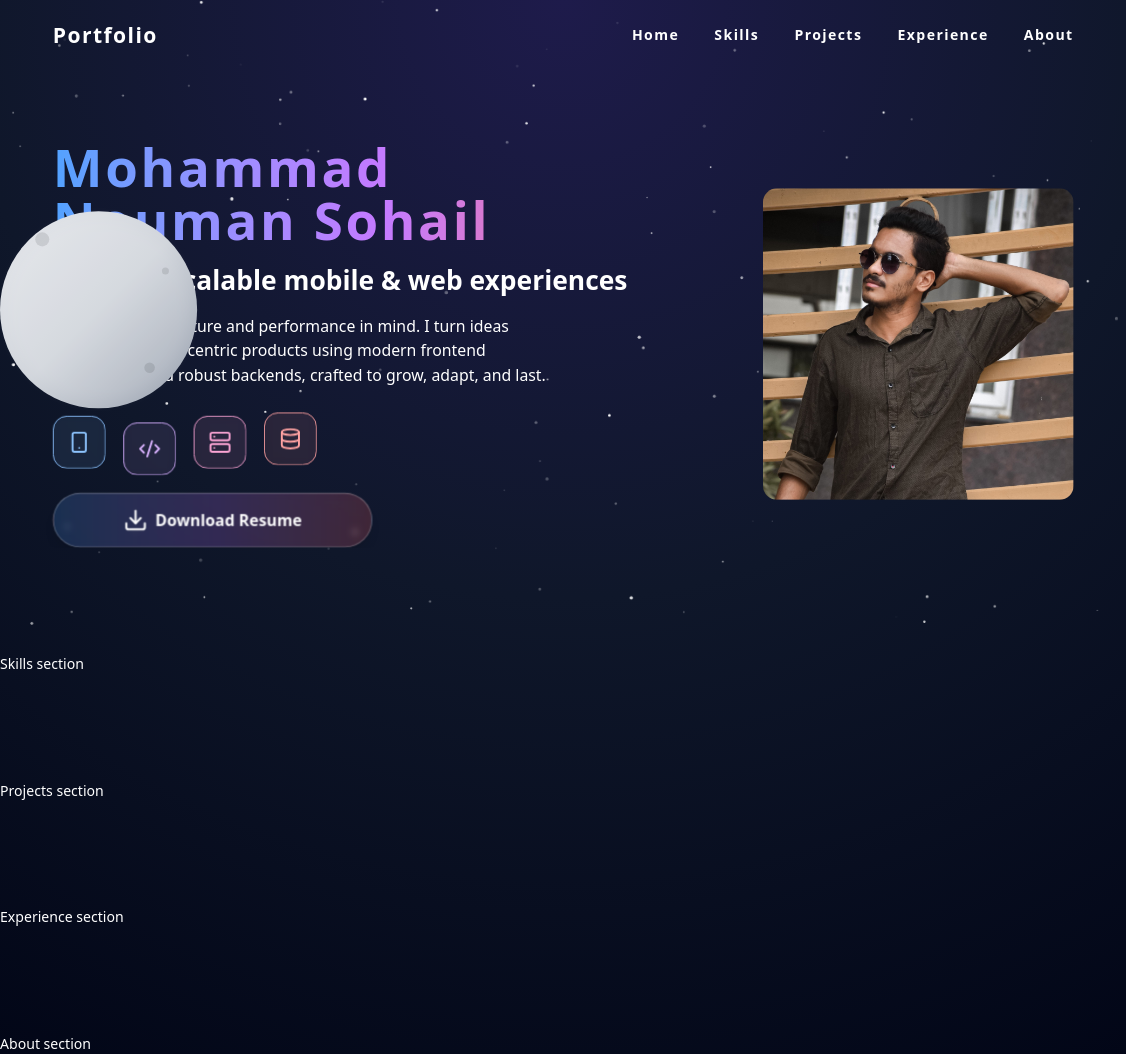
Repository: NoumanSohail/Nouman-Sohail-Portfolio
Page: /
These files come from the project's save history. The page is drawn as it stood at one moment and after the next save; the edit follows.
The browser window is 1280 px wide. The pictures show the whole page, at 88% of full size.
The project was rebuilt for these pictures with package versions that can differ from the ones it lists, and the page was loaded fresh each time. The framework's server and built-in components were replaced by stand-ins that run in the browser. Also part of the build but not shown: next.config.ts.

Above is the page before, as saved 2026-01-24 22:19:32.

After the next save:
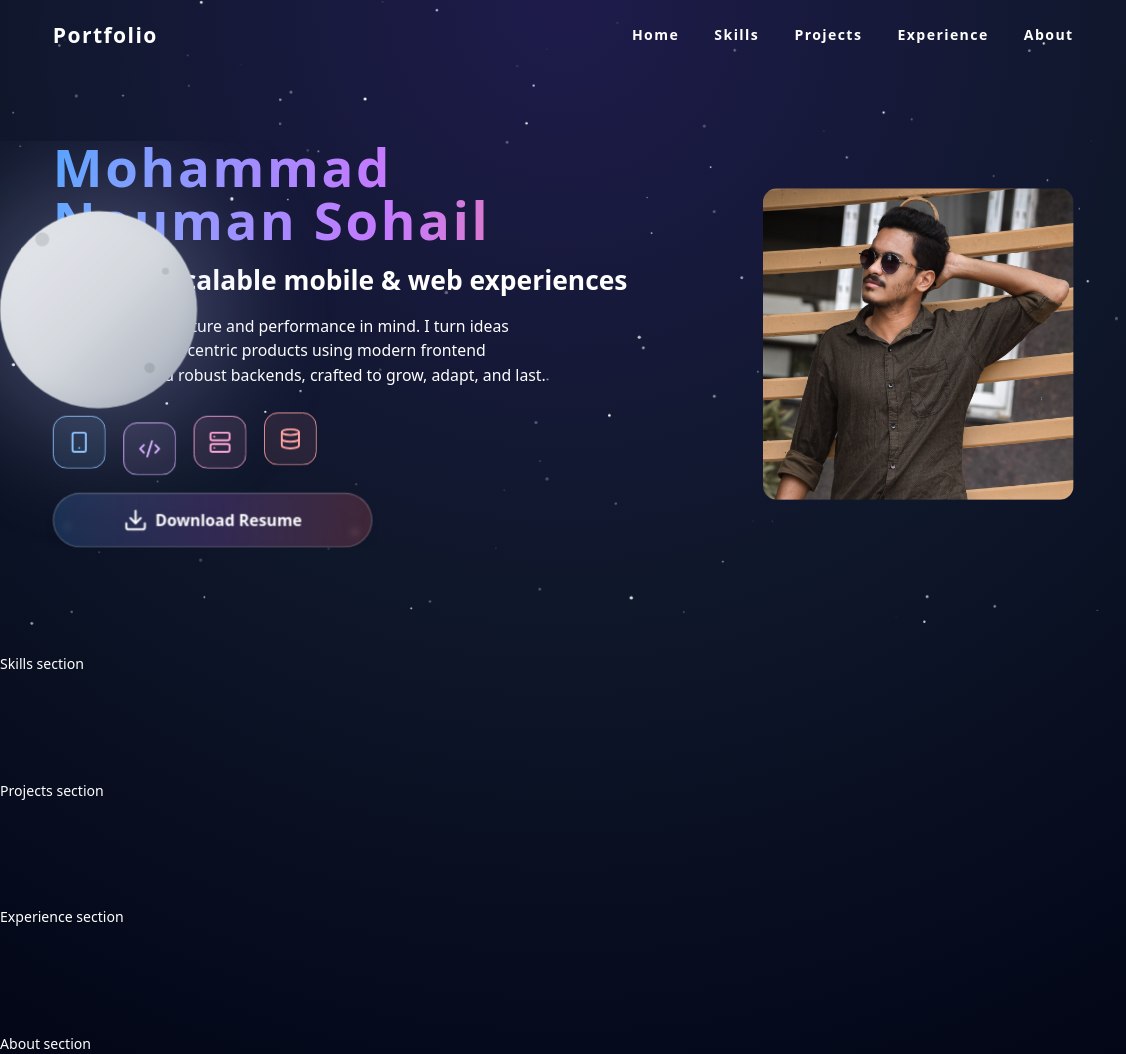
Saved 15 s later.
--- a/app/components/sections/Hero.tsx
+++ b/app/components/sections/Hero.tsx
@@ -20,6 +20,8 @@ const Hero = () => {
              w-44 h-44 xl:w-56 xl:h-56
              rounded-full
              bg-gradient-to-br from-gray-200 via-gray-300 to-gray-400
+             shadow-[0_0_120px_40px_rgba(200,200,255,0.25)]
+             animate-pulse
              [animation-duration:4s]
              z-0"
       >
